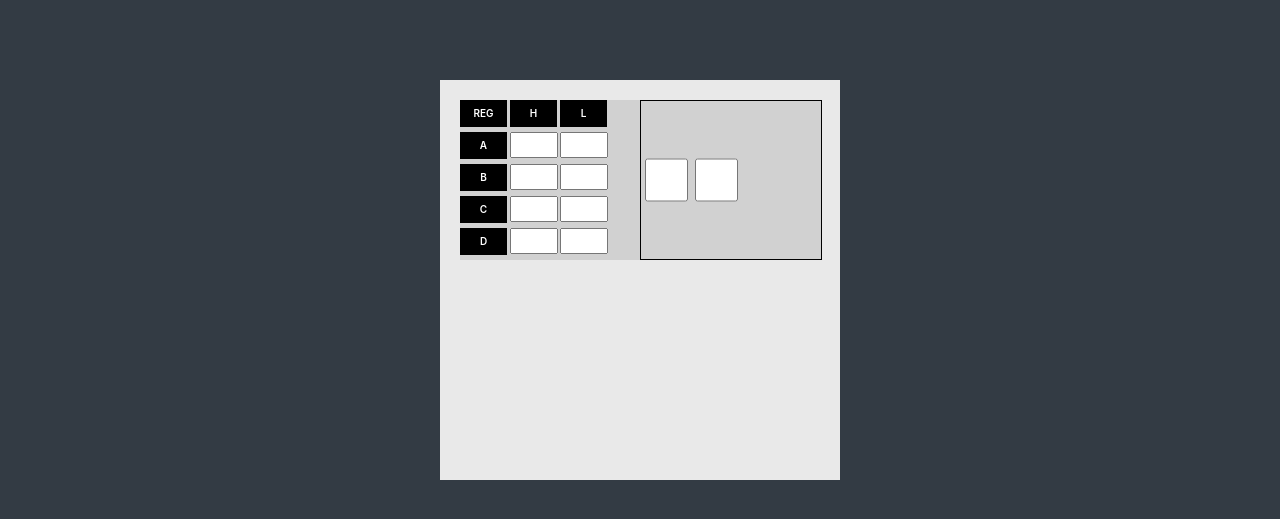
Repository: piookr-wsei/8086
Page: /
The author's editor kept a copy of each file at every save. The page is drawn from the files as they stood at one save, then again after the next save.
The browser window is 1280 px wide. The pictures show the whole page.
The project was rebuilt for these pictures with package versions that can differ from the ones it lists, and the page was loaded fresh each time.

Above is the page before, as saved 2022-06-18 19:52:07.

After the next save:
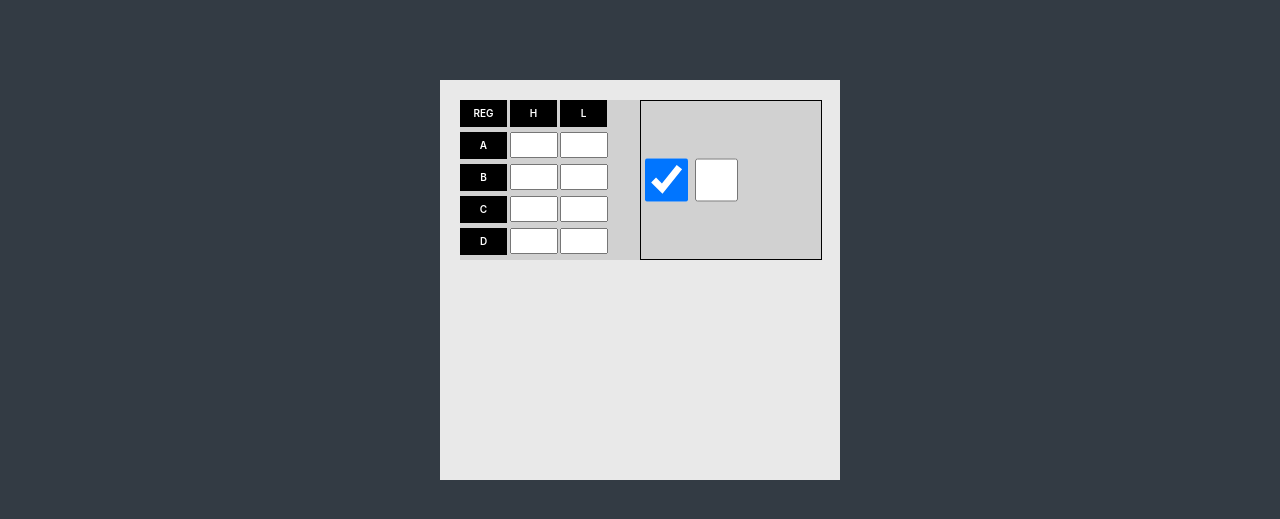
Saved 38 s later.
--- a/src/App.js
+++ b/src/App.js
@@ -5,7 +5,7 @@ import { RegDesc, RegInput, RegWrapper, UiWindow, UiWrapper, SettingsWrapper } f
 function OpChange(){
   return(
     <>
-    <input type="checkbox" label={"xdddd"}/>
+    <input type="checkbox" label={"xdddd"} defaultChecked />
     <input type="checkbox"/>
     </>
     )
